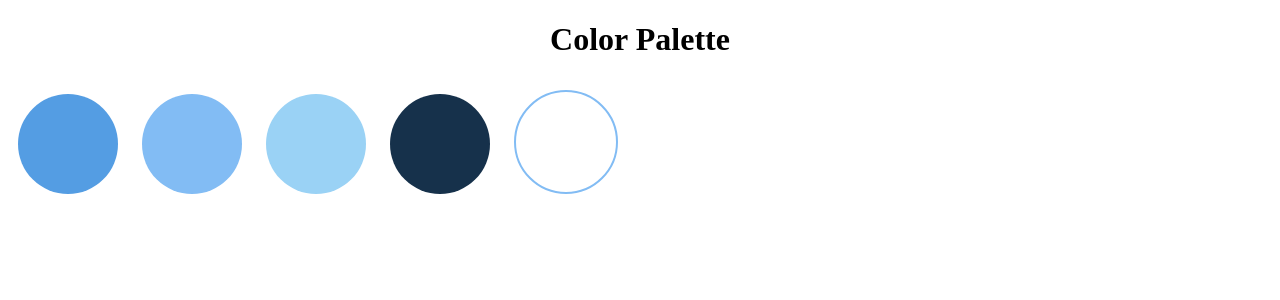
Repository: Pureum309/style_guide
Page: colorpaletteTypo.html
The author's editor kept a copy of each file at every save. The page is drawn from the files as they stood at one save, then again after the next save.
The browser window is 1280 px wide. The pictures show the whole page.

Above is the page before, as saved 2022-03-03 20:35:15.

### colorpaletteTypo.html
<!DOCTYPE html>
<html lang="en">
<head>
    <meta charset="UTF-8">
    <meta http-equiv="X-UA-Compatible" content="IE=edge">
    <meta name="viewport" content="width=device-width, initial-scale=1.0">
    <link rel="stylesheet" href="main.css"
    <title></title>
</head>
<body>
    <h1 style="text-align: center;">Color Palette</h1>
    <div id ="circle1"></div>
    <div id ="circle2"></div>
    <div id ="circle3"></div>
    <div id ="circle4"></div>
    <div id ="circle5"></div>
</body>
</html>

### main.css
div {
    display: inline-block;
    margin: 10px;
}



#circle1 {
    width: 100px;
    height: 100px;
    background: #549DE3;
    border-radius: 50%;
    text-align: center;
}

#circle2 {
    width: 100px;
    height: 100px;
    background: #82BCF4;
    border-radius: 50%;
    text-align: center;
}

#circle3 {
    width: 100px;
    height: 100px;
    background: #9AD2F5;
    border-radius: 50%;
    text-align: center;
}

#circle4 {
    width: 100px;
    height: 100px;
    background: #16314B;
    border-radius: 50%;
    text-align: center;
}

#circle5 {
    width: 100px;
    height: 100px;
    background: #FFFFFF;
    border-radius: 50%;
    border: 2px solid #82BCF4;
    text-align: center;
}

After the next save:
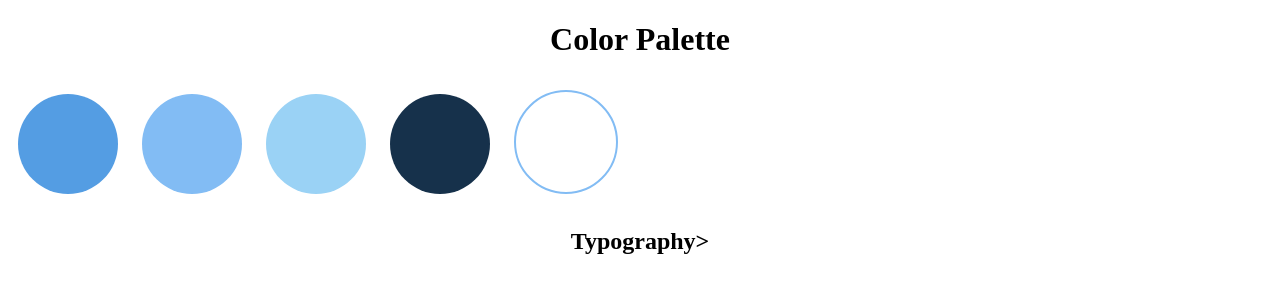
Saved 3 min 43 s later.
--- a/colorpaletteTypo.html
+++ b/colorpaletteTypo.html
@@ -9,10 +9,15 @@
 </head>
 <body>
     <h1 style="text-align: center;">Color Palette</h1>
+
     <div id ="circle1"></div>
     <div id ="circle2"></div>
     <div id ="circle3"></div>
     <div id ="circle4"></div>
     <div id ="circle5"></div>
+
+    <h2 style="text-align: center;">Typography></h2>
+
+
 </body>
 </html>
